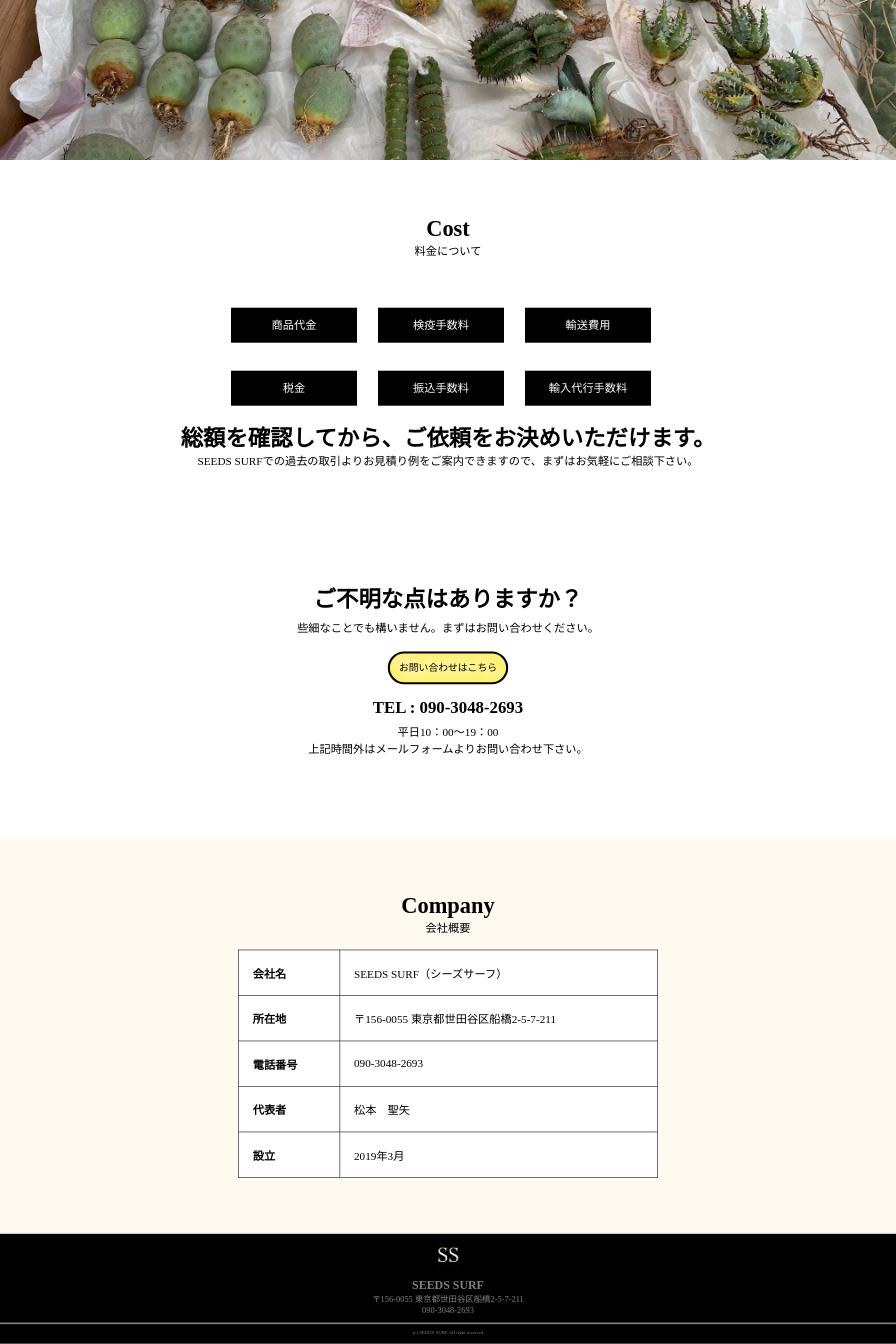
Repository: Seiya00002/seeds-surf-lp
Page: index.html
An editor plug-in stored every save of this project. The page is shown before and after the next save, followed by the edit.
The browser window is 1280 px wide. The pictures show the part of the page from y = 2221 to 4141 px (the page is 4141 px tall), at 70% of full size.

Above is the page before, as saved 2023-07-16 08:29:10.

After the next save:
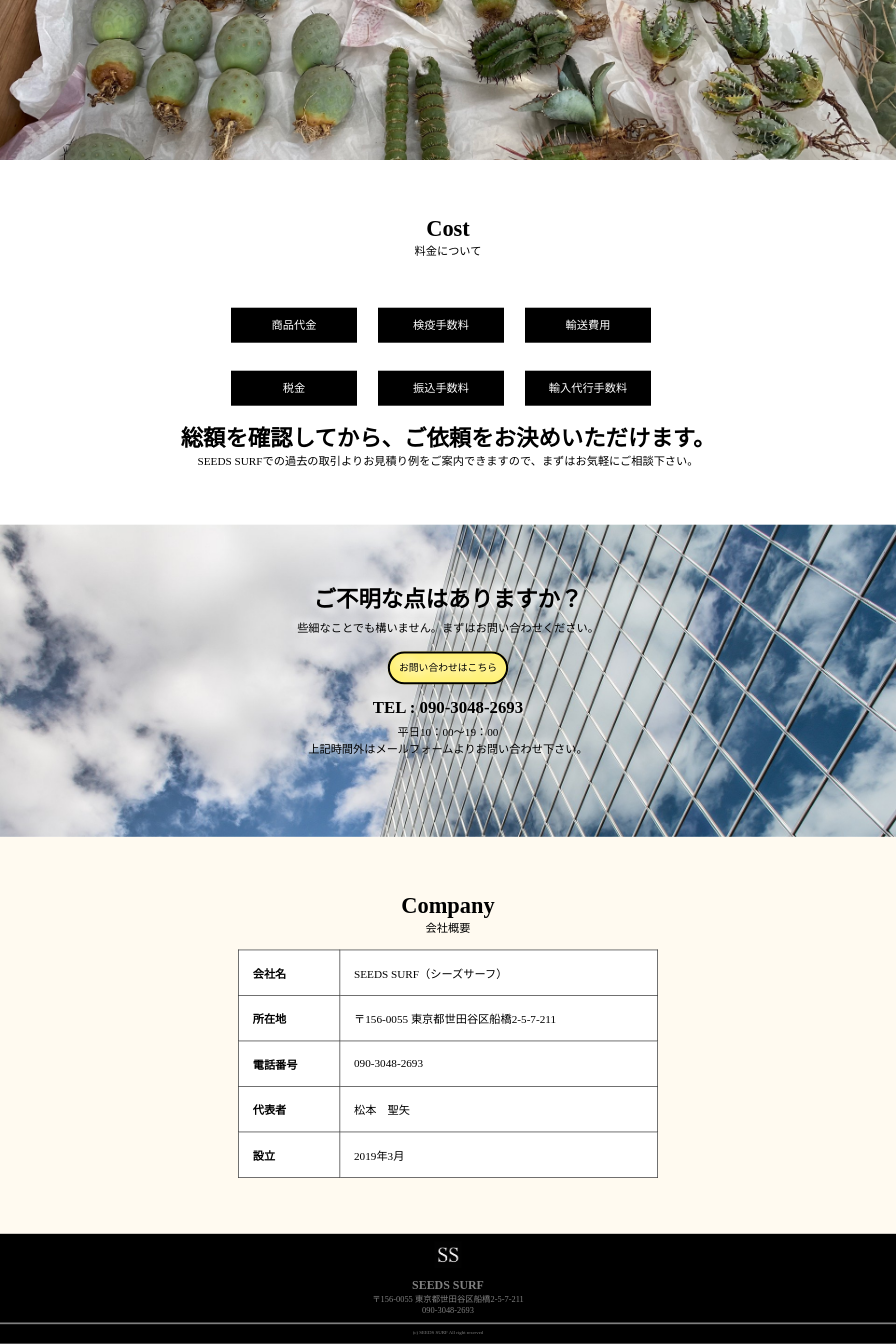
Saved 4 s later.
--- a/css/style.css
+++ b/css/style.css
@@ -231,7 +231,7 @@ padding-bottom: 50px;
     padding: 80px 0;
     background-size: cover;
     text-shadow: 6px 6px 10px white, -6px -6px 10px white;
-    background: rgb(255, 255, 255, 0.5);
+    /* background: rgb(255, 255, 255, 0.5);     */
 }
 
 .contact_wrapper p {
